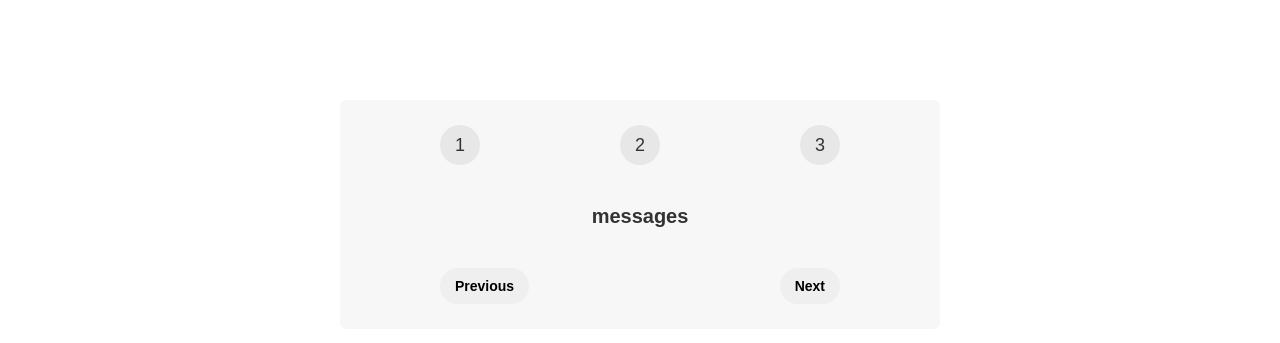
Repository: vgor15/steps
Page: /
An editor plug-in stored every save of this project. The page is shown before and after a run of saves, followed by the edit.
The browser window is 1280 px wide. The pictures show the whole page.
The project was rebuilt for these pictures with package versions that can differ from the ones it lists, and the page was loaded fresh each time.

Above is the page before, as saved 2025-03-07 14:59:24.

After the next 2 saves:
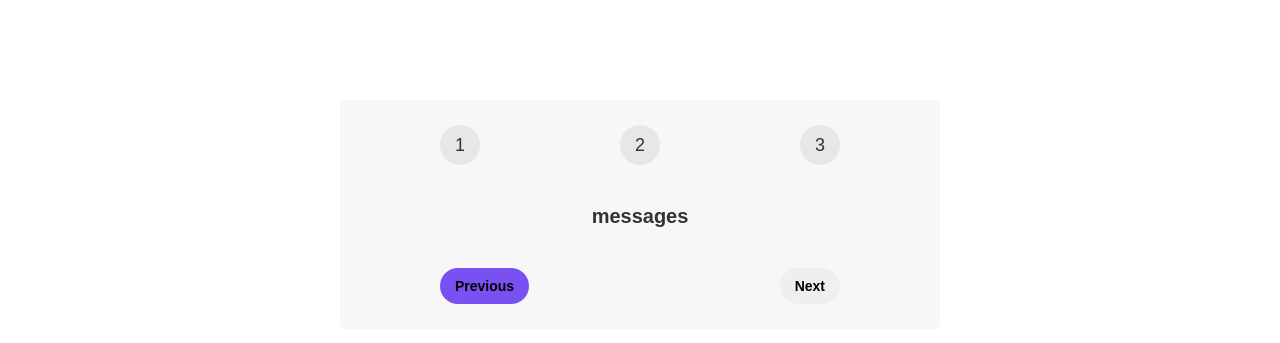
The 2 saves are shown as one change because they came seconds apart.
The last was saved 9 s later.
--- a/src/App.js
+++ b/src/App.js
@@ -10,7 +10,7 @@ function App() {
       <p className="message">messages</p>
 
       <div className="buttons">
-        <button style={{backgroundColor:""}}>Previous</button>
+        <button style={{ backgroundColor: "#7950f2" }}>Previous</button>
         <button>Next </button>
       </div>
     </div>
